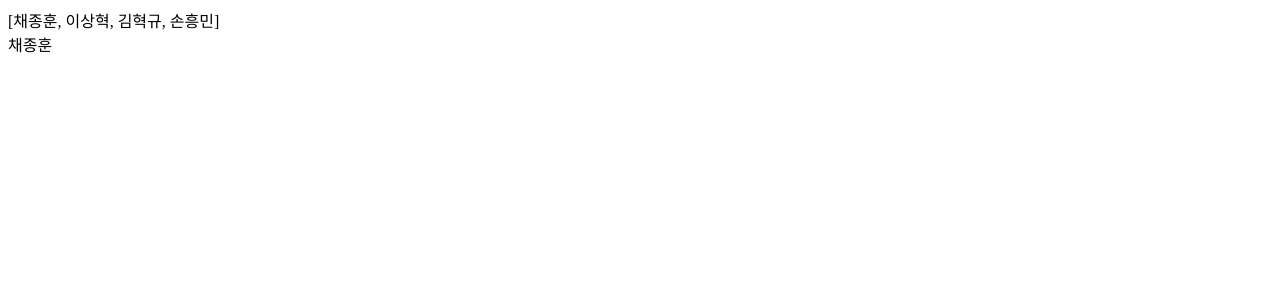
Repository: eun-chongzzz/jsp_practice
Page: http://localhost/JSPBasic/jspTag/Directive.jsp
These files come from the project's save history. The page is drawn as it stood at one moment and after the next save; the edit follows.
The browser window is 1280 px wide. The pictures show the whole page.
The page is served by Tomcat 9.

Above is the page before, as saved 2022-02-03 02:10:35.

After the next save:
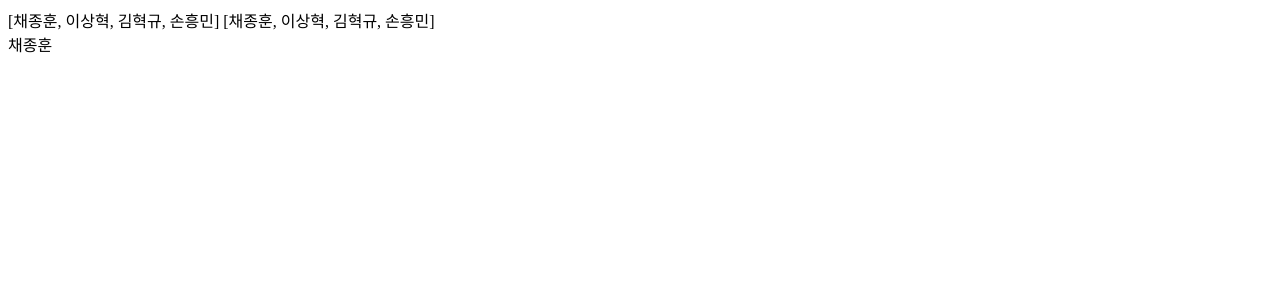
Saved 35 s later.
--- a/JSPBasic/src/main/webapp/jspTag/Directive.jsp
+++ b/JSPBasic/src/main/webapp/jspTag/Directive.jsp
@@ -17,6 +17,7 @@
 	names.add("김혁규");
 	names.add("손흥민");
 
+	out.println(names);
 	out.println(names.toString() + "<br>");
 	out.println(names.get(0) + "<br>");
 %>
